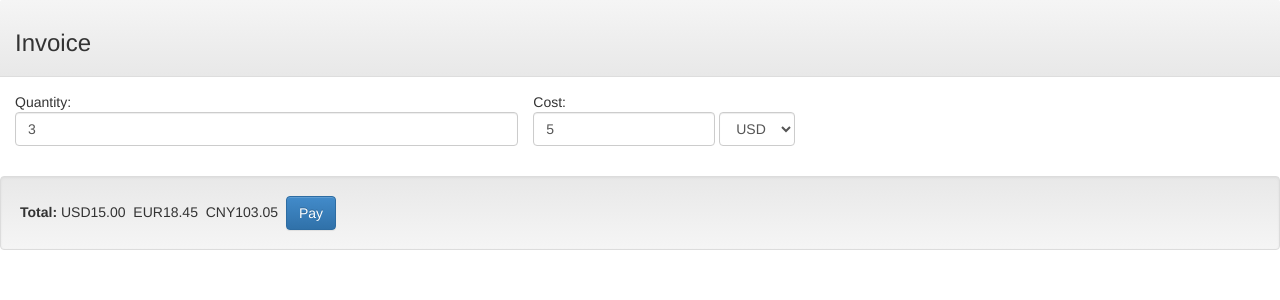
Repository: chisun-joung/workplace
Page: angularJS/WebContent/Chap09_Start/S04_Controller.html
These files come from the project's save history. The page is drawn as it stood at one moment and after the next save; the edit follows.
The browser window is 1280 px wide. The pictures show the whole page.
Some web libraries are served in a nearby version.

Above is the page before, as saved 2016-11-28 04:50:54.

### angularJS/WebContent/Chap09_Start/S04_Controller.html
<!DOCTYPE html>
<!-- 앵귤가 관리할 요소의 범위를 설정한다.
앵귤라는 관리할 요소를 돔으로 보지 않고 템플릿으로 취급
탬플릿의 모든 지시자, 서비스 등을 컴파일 한 후 결과를 돔으로 만들어 브라우저에 전송.
선언함 많은 모듈 중 어떤 모듈을 메인 모듈
-->
<html ng-app= 'app'>
<head>
	<meta charset="UTF-8">
	<title>A02 Controller</title>
	<link href="bootstrap.css" rel="stylesheet" />
	<link href="bootstrap-theme.css" rel="stylesheet" />
	<script src="https://ajax.googleapis.com/ajax/libs/angularjs/1.3.0/angular.js"></script>
	<script type="text/javascript">
		//1.2 에서 가능.   1.3 부터는 모듈 단위로 ..

		angular.module('app',[])

			//.controller   ==> 컨트롤러 역할
			//.filter		==> 뷰 역할
			//.directive ==> 뷰 역할
			//. 각종 서비스  ==> 모델 역할
			.controller('defaultCtrl', MyClass)
		///////
		function MyClass() {
			this.qty = 3;
			this.cost = 5;

			this.inCurr ='USD';
			this.currencies = ['USD','EUR','CNY'];
			this.rate = {'USD': 1, 'EUR': 1.23, 'CNY':6.87};


			this.total = function(outCurr){
				return this.convertRate(this.qty * this.cost, outCurr, this.inCurr);
			}

			this.convertRate = function(amount, outCurr, inCurr){
				return amount * this.rate[outCurr] / this.rate[inCurr];
			}

			this.pay = function() {
				console.log("Clicked");
			}
		}
	</script>
</head>
<body>

	<!-- 각 태그마다 사용할 컨트롤러(클래스 파일)을 지정
	Class 파일은 객체화 하여 사용
	  var mc = new MyClass();   MyClass as mc
	-->
	<div class="panel-default" ng-controller="defaultCtrl as mc">
		<div class="panel-heading">
			<h3>Invoice</h3>
		</div>

		<div class="panel-body col-sm-5">
			<div>Quantity: </div>
			<input type="number" class="form-control" min="0" ng-model="mc.qty">
		</div>

		<div class="form-inline panel-body">
			<div>Cost: </div>
			<div class="form-group">
				<input type="number" id="cost" class="form-control" min="0" ng-model="mc.cost">
			</div>
			<div class="form-group">
				<select class="form-control" ng-model="mc.inCurr">
				<!-- option tag 가 내부적으로 3개 만들어 지면서 내부적으로 c라는 변수를 갖게 된다.  차일드스코프 -->
					<option ng-repeat="c in mc.currencies">{{c}}</option>
				</select>
			</div>
		</div>

		<div class="well">
			<b>Total: </b>
			<span ng-repeat="c in mc.currencies">{{mc.total(c) | currency : c}}&nbsp;  </span>
			<button class="btn btn-primary" ng-click="mc.pay()">Pay</button>
		</div>

	</div>

</body>
</html>

Loaded but not shown: angularJS/WebContent/Chap09_Start/bootstrap.css (library); angularJS/WebContent/Chap09_Start/bootstrap-theme.css (library)

After the next save:
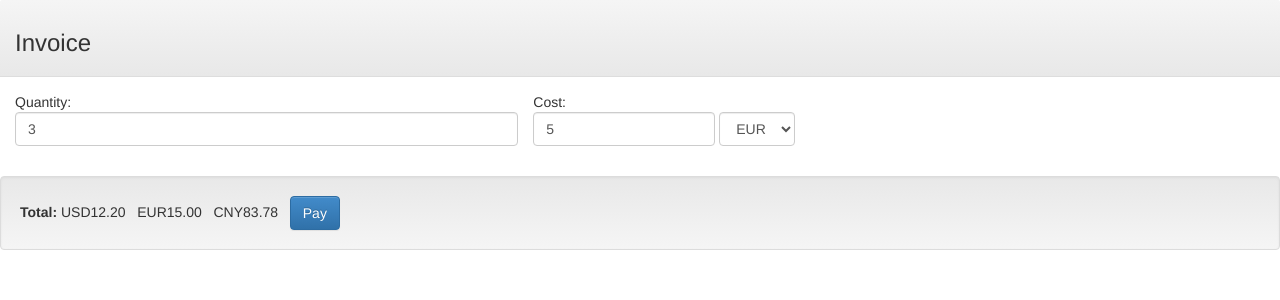
Saved 111 s later.
--- a/angularJS/WebContent/Chap09_Start/S04_Controller.html
+++ b/angularJS/WebContent/Chap09_Start/S04_Controller.html
@@ -1,56 +1,53 @@
 <!DOCTYPE html>
-<!-- 앵귤가 관리할 요소의 범위를 설정한다.
-앵귤라는 관리할 요소를 돔으로 보지 않고 템플릿으로 취급
-탬플릿의 모든 지시자, 서비스 등을 컴파일 한 후 결과를 돔으로 만들어 브라우저에 전송.
-선언함 많은 모듈 중 어떤 모듈을 메인 모듈
--->
-<html ng-app= 'app'>
+
+<!-- 선언한 많은 모듈 중어떤 모듈을 메인 모듈로 사용할 것인가를 지정할 필요가 있다 -->
+<html ng-app="app">
 <head>
 	<meta charset="UTF-8">
 	<title>A02 Controller</title>
 	<link href="bootstrap.css" rel="stylesheet" />
 	<link href="bootstrap-theme.css" rel="stylesheet" />
-	<script src="https://ajax.googleapis.com/ajax/libs/angularjs/1.3.0/angular.js"></script>
+
+	<!-- 1.3 버전으로 변경후 테스트.
+		1.3 버전에서는 module별로 등록해서 사용할 필요가 있음.
+	 -->
+	<script src="https://ajax.googleapis.com/ajax/libs/angularjs/1.3.9/angular.js"></script>
 	<script type="text/javascript">
-		//1.2 에서 가능.   1.3 부터는 모듈 단위로 ..
+		// 사용할 메인 모듈을 선언
+		// angular.module('모둘명', ['의존성주입을 받을 다른 모듈명'])
+		angular.module('app', [])
+			//.controller('컨트럴러 명', 익명함수 또는 외부함수명)
+			.controller('defaultCtrl', function(){
+				this.qty = 3;
+				this.cost = 5;
 
-		angular.module('app',[])
+				this.inCurr = 'EUR';
+				this.currencies = ['USD', 'EUR', 'CNY'];
+				this.rate = {'USD': 1, 'EUR': 1.23, 'CNY':6.87}
 
-			//.controller   ==> 컨트롤러 역할
-			//.filter		==> 뷰 역할
-			//.directive ==> 뷰 역할
-			//. 각종 서비스  ==> 모델 역할
-			.controller('defaultCtrl', MyClass)
-		///////
-		function MyClass() {
-			this.qty = 3;
-			this.cost = 5;
+				this.total = function(outCurr){
+					//return this.qty * this.cost *
+					//		this.rate[outCurr] / this.rate[this.inCurr];
+					return this.convertRate(this.qty*this.cost, outCurr, this.inCurr);
+				}
 
-			this.inCurr ='USD';
-			this.currencies = ['USD','EUR','CNY'];
-			this.rate = {'USD': 1, 'EUR': 1.23, 'CNY':6.87};
+				this.convertRate = function(amount,outCurr,inCurr){
+					return amount * this.rate[outCurr] / this.rate[inCurr];
+				}
 
+				this.pay = function(){
+					alert('Thank You!!!')
+				}
+			})
 
-			this.total = function(outCurr){
-				return this.convertRate(this.qty * this.cost, outCurr, this.inCurr);
-			}
-
-			this.convertRate = function(amount, outCurr, inCurr){
-				return amount * this.rate[outCurr] / this.rate[inCurr];
-			}
-
-			this.pay = function() {
-				console.log("Clicked");
-			}
-		}
 	</script>
 </head>
 <body>
 
-	<!-- 각 태그마다 사용할 컨트롤러(클래스 파일)을 지정
-	Class 파일은 객체화 하여 사용
-	  var mc = new MyClass();   MyClass as mc
-	-->
+	<!-- 각 태그마다 사용할 컨트럴러(Class 파일)을 지정
+		Class 파일은 인스턴스로 사용.
+		var mc = new MyClass() => MyClass as mc
+	 -->
 	<div class="panel-default" ng-controller="defaultCtrl as mc">
 		<div class="panel-heading">
 			<h3>Invoice</h3>
@@ -68,7 +65,8 @@
 			</div>
 			<div class="form-group">
 				<select class="form-control" ng-model="mc.inCurr">
-				<!-- option tag 가 내부적으로 3개 만들어 지면서 내부적으로 c라는 변수를 갖게 된다.  차일드스코프 -->
+				<!-- option tag가 mc.currencies가 3개 만들어 지면서
+				내부적으로 c라는 변수를 갖게 된다 -->
 					<option ng-repeat="c in mc.currencies">{{c}}</option>
 				</select>
 			</div>
@@ -76,7 +74,14 @@
 
 		<div class="well">
 			<b>Total: </b>
-			<span ng-repeat="c in mc.currencies">{{mc.total(c) | currency : c}}&nbsp;  </span>
+			<!-- 통화 필터 사용 => 표현값 | 필터명 : 필터옵션
+			<span> {{ mc.total('USD') | currency }}</span>
+			<span> {{ mc.total('EUR') | currency }}</span>
+			<span> {{ mc.total('CNY') | currency }}</span>
+			-->
+
+			<span ng-repeat="c in mc.currencies"> {{ mc.total(c) | currency : c }} &nbsp;</span>
+
 			<button class="btn btn-primary" ng-click="mc.pay()">Pay</button>
 		</div>
 
